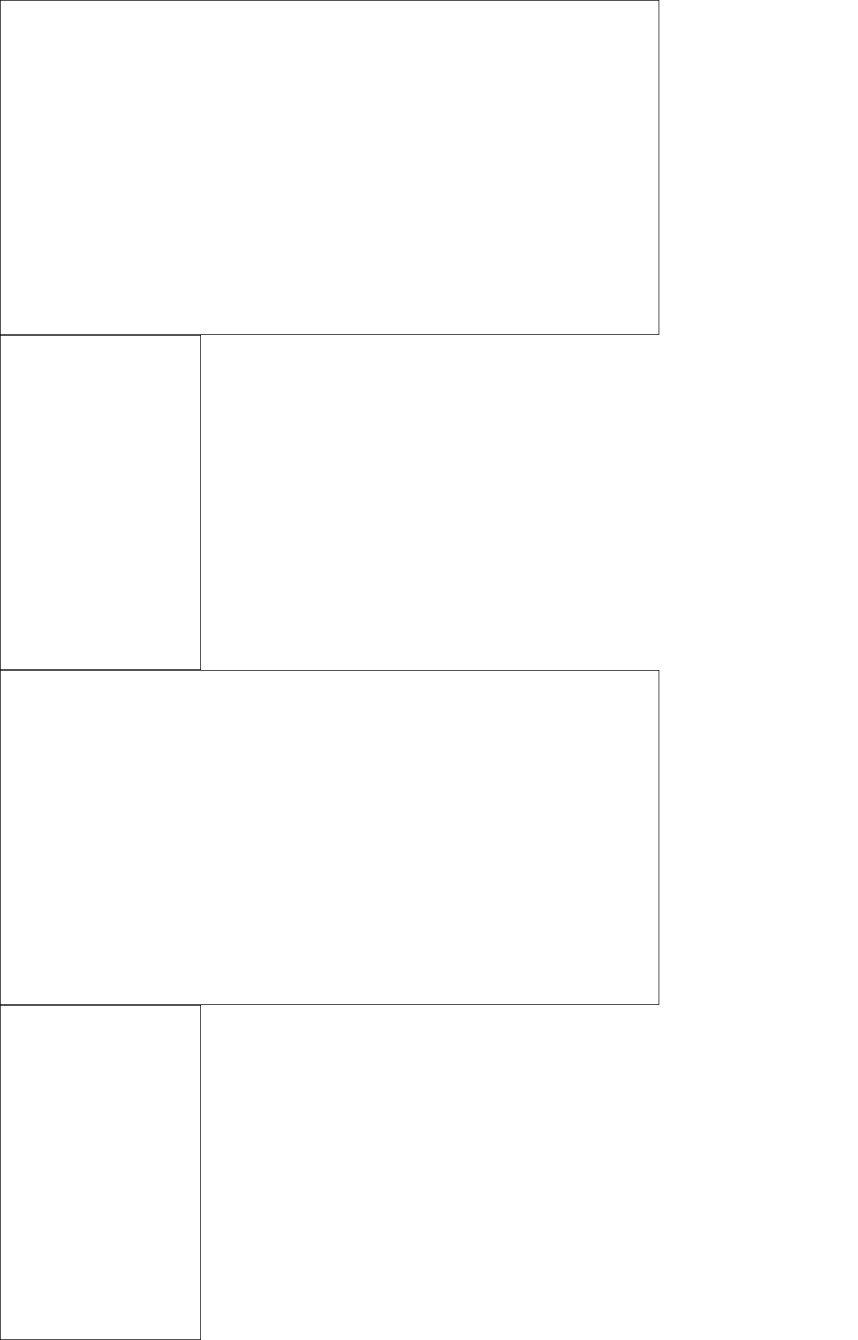
Repository: JavaJin96/kr.or.ddit.HighJava
Page: http://localhost/TeamProjectDCUM/main/mainshow.jsp
An editor plug-in stored every save of this project. The page is shown before and after the next save, followed by the edit.
The browser window is 1280 px wide. The pictures show the whole page, at 67% of full size.
The page is served by Tomcat 9. Other server files are loaded and not shown.

Above is the page before, as saved 2022-02-15 12:34:40.

### 3.Highjava/workspace/TeamProjectDCUM/WebContent/main/mainshow.jsp
<%@ page language="java" contentType="text/html; charset=UTF-8"
    pageEncoding="UTF-8"%>
<!DOCTYPE html>
<html>
<head>
<meta charset="UTF-8">
<title>Insert title here</title>
 <link rel="stylesheet" href="https://cdn.jsdelivr.net/npm/bootstrap@4.6.1/dist/css/bootstrap.min.css">
  <script src="https://cdn.jsdelivr.net/npm/jquery@3.5.1/dist/jquery.slim.min.js"></script>
  <script src="https://cdn.jsdelivr.net/npm/popper.js@1.16.1/dist/umd/popper.min.js"></script>
  <script src="https://cdn.jsdelivr.net/npm/bootstrap@4.6.1/dist/js/bootstrap.bundle.min.js"></script>
<script src="<%=request.getContextPath()%>/js/jquery-3.6.0.min.js"></script>
<script>

</script>
<style>
	div {
		border : 1px solid black;
	}
	#d1, #d3{
		display : inline-block;
		float : left;
		width : calc(99.5% - 290px);
		height : 500px;
	}
	#d2, #d4{
		display : inline-block;
		float : left;
		width : 300px;
		height : 500px;
	}
</style>
</head>
<body>
	<div id="d1">

	</div>

	<div id="d2">

	</div>

	<div id="d3">

	</div>

	<div id="d4">

	</div>

</body>
</html>

Loaded but not shown: 3.Highjava/workspace/TeamProjectDCUM/WebContent/js/jquery-3.6.0.min.js (library)

After the next save:
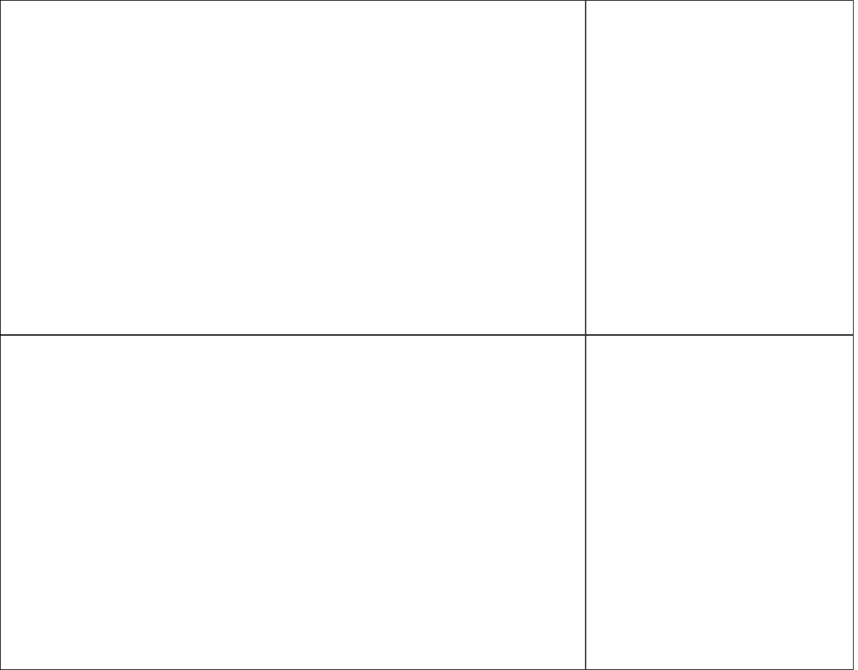
Saved 31 s later.
--- a/3.Highjava/workspace/TeamProjectDCUM/WebContent/main/mainshow.jsp
+++ b/3.Highjava/workspace/TeamProjectDCUM/WebContent/main/mainshow.jsp
@@ -20,13 +20,13 @@
 	#d1, #d3{
 		display : inline-block;
 		float : left;
-		width : calc(99.5% - 290px);
+		width : calc(99.5% - 400px);
 		height : 500px;
 	}
 	#d2, #d4{
 		display : inline-block;
 		float : left;
-		width : 300px;
+		width : 400px;
 		height : 500px;
 	}
 </style>
